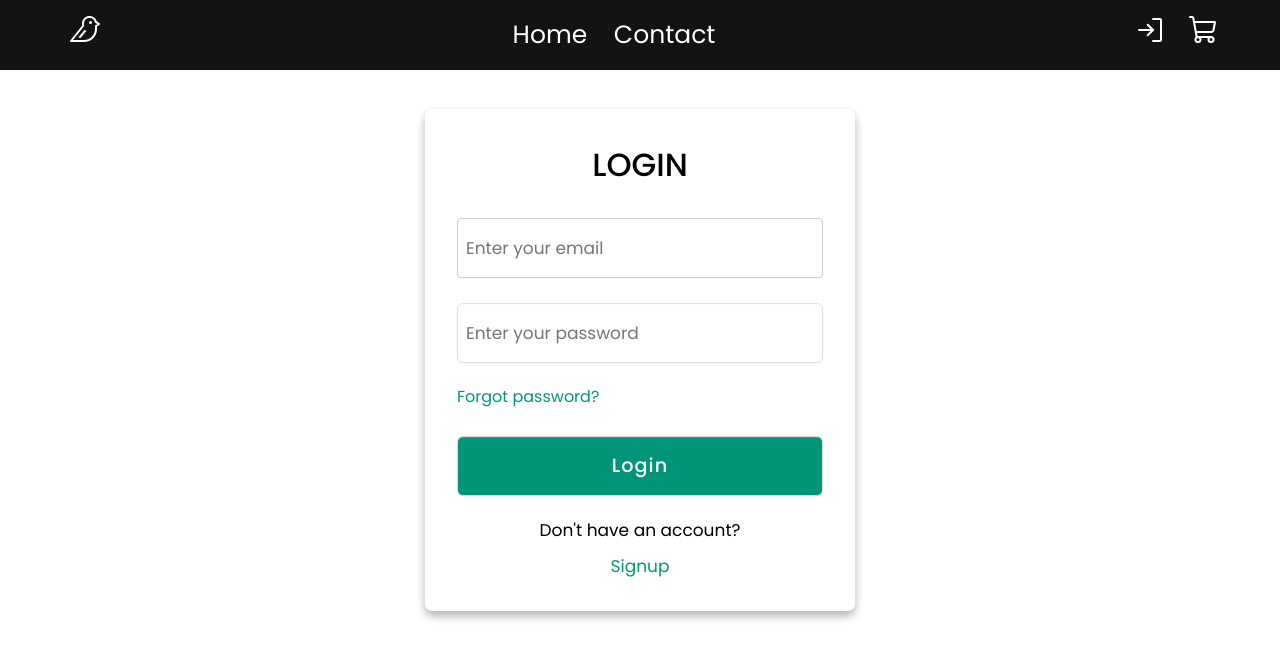
Repository: hoangdanh2/swp301
Page: /register
The author's editor kept a copy of each file at every save. The page is drawn from the files as they stood at one save, then again after the next save.
The browser window is 1280 px wide. The pictures show the whole page.
The project was rebuilt for these pictures with package versions that can differ from the ones it lists, and the page was loaded fresh each time. Also part of the build but not shown: src/pages/shop/product.jsx, src/pages/shop/shop.css, src/pages/shop/shop.jsx, src/pages/contact/contact.jsx, src/pages/cart/cart-item.jsx, src/pages/cart/cart.css, src/pages/cart/cart.jsx.

Above is the page before, as saved 2023-05-29 10:27:17.

After the next save:
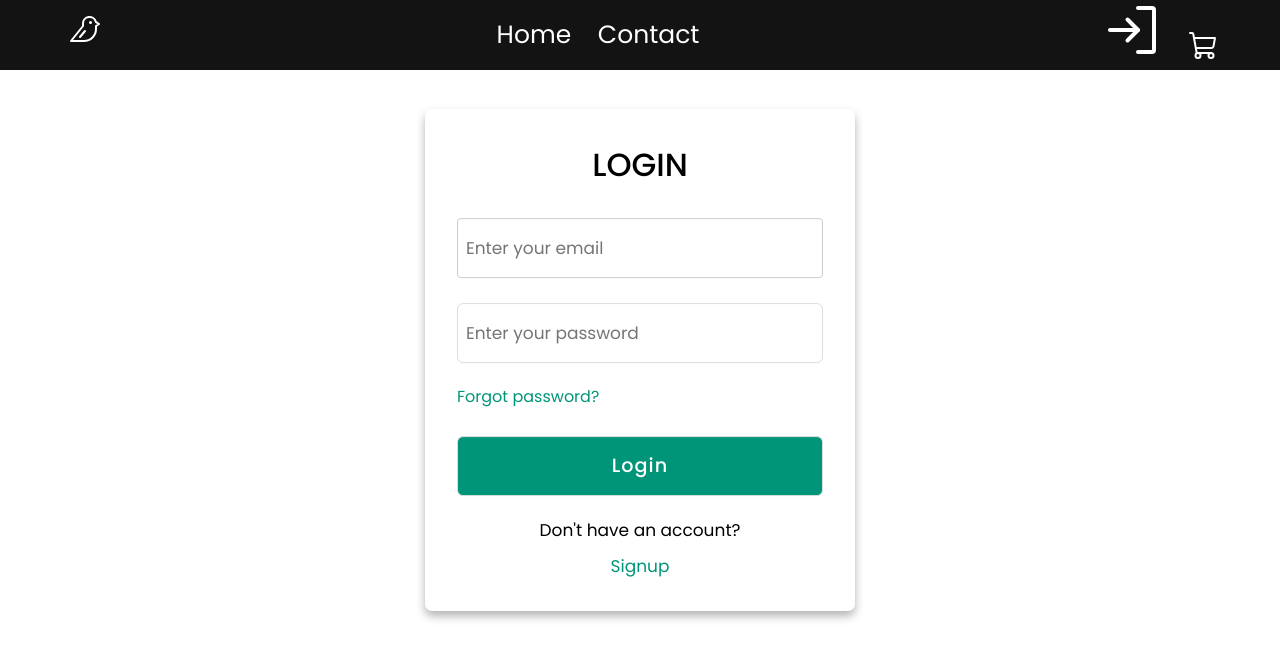
Saved 15 s later.
--- a/src/components/navbar.jsx
+++ b/src/components/navbar.jsx
@@ -18,7 +18,7 @@ export const Navbar = () => {
         </div>
         <div className="end">
             <Link to="/register">
-                <SignIn size={32}/>
+                <SignIn size={64}/>
             </Link>
           <Link to="/cart">
             <ShoppingCart size={32} />
